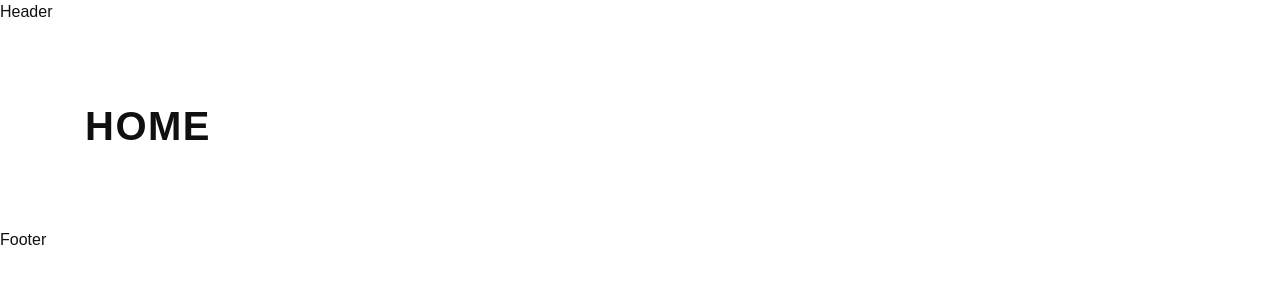
Repository: blordeus/audiophile-ecommerce
Page: /checkout
These files come from the project's save history. The page is drawn as it stood at one moment and after the next save; the edit follows.
The browser window is 1280 px wide. The pictures show the whole page.
The project was rebuilt for these pictures with package versions that can differ from the ones it lists, and the page was loaded fresh each time. Also part of the build but not shown: vite.config.js, src/pages/NotFoundPage.jsx.

Above is the page before, as saved 2026-03-07 22:10:17.

### index.html
<!doctype html>
<html lang="en">
  <head>
    <meta charset="UTF-8" />
    <link rel="icon" type="image/svg+xml" href="/vite.svg" />
    <meta name="viewport" content="width=device-width, initial-scale=1.0" />
    <title>audiophile-ecommerce</title>
  </head>
  <body>
    <div id="root"></div>
    <script type="module" src="/src/main.jsx"></script>
  </body>
</html>

### src/main.jsx
import React from "react";
import ReactDOM from "react-dom/client";
import { BrowserRouter } from "react-router-dom";
import App from "./App";
import "./index.css";
import "./styles/globals.css";
import "./styles/typography.css";

ReactDOM.createRoot(document.getElementById("root")).render(
  <React.StrictMode>
    <BrowserRouter>
      <App />
    </BrowserRouter>
  </React.StrictMode>
);

### src/App.jsx
import AppRouter from "./routes/AppRouter";
import { CartProvider } from "./context/CartContext";

function App() {
  return (
    <CartProvider>
      <AppRouter />
    </CartProvider>
  );
}

export default App;

### src/styles/globals.css
:root {
  --color-primary: #d87d4a;
  --color-primary-light: #fbaf85;
  --color-black: #101010;
  --color-pure-black: #000000;
  --color-gray: #f1f1f1;
  --color-light-gray: #fafafa;
  --color-white: #ffffff;
  --color-error: #cd2c2c;
}

html {
  scroll-behavior: smooth;
}

body {
  min-width: 320px;
  font-family: "Manrope", sans-serif;
  background: var(--color-white);
  color: var(--color-black);
}

img {
  display: block;
  max-width: 100%;
}

button,
input,
textarea,
select {
  font: inherit;
}

### src/styles/typography.css
@layer components {
  .heading-1 {
    font-size: 3.5rem;
    line-height: 3.625rem;
    font-weight: 700;
    letter-spacing: 0.125rem;
    text-transform: uppercase;
  }

  .heading-2 {
    font-size: 2.5rem;
    line-height: 2.75rem;
    font-weight: 700;
    letter-spacing: 0.09375rem;
    text-transform: uppercase;
  }

  .heading-3 {
    font-size: 2rem;
    line-height: 2.25rem;
    font-weight: 700;
    letter-spacing: 0.07125rem;
    text-transform: uppercase;
  }

  .heading-4 {
    font-size: 1.75rem;
    line-height: 2.375rem;
    font-weight: 700;
    letter-spacing: 0.125rem;
    text-transform: uppercase;
  }

  .heading-5 {
    font-size: 1.5rem;
    line-height: 2.0625rem;
    font-weight: 700;
    letter-spacing: 0.10625rem;
    text-transform: uppercase;
  }

  .heading-6 {
    font-size: 1.125rem;
    line-height: 1.5rem;
    font-weight: 700;
    letter-spacing: 0.080625rem;
    text-transform: uppercase;
  }

  .body-text {
    font-size: 0.9375rem;
    line-height: 1.5625rem;
    font-weight: 500;
  }

  .overline {
    font-size: 0.875rem;
    line-height: 1.1875rem;
    font-weight: 400;
    letter-spacing: 0.625rem;
    text-transform: uppercase;
  }

  .subtitle {
    font-size: 0.8125rem;
    line-height: 1.5625rem;
    font-weight: 700;
    letter-spacing: 0.0625rem;
    text-transform: uppercase;
  }
}

### src/routes/AppRouter.jsx
import { Routes, Route } from "react-router-dom";
import HomePage from "../pages/HomePage";
import CategoryPage from "../pages/CategoryPage";
import ProductPage from "../pages/ProductPage";
import CheckoutPage from "../pages/CheckoutPage";
import NotFoundPage from "../pages/NotFoundPage";

function AppRouter() {
  return (
    <Routes>
      <Route path="/" element={<HomePage />} />
      <Route path="/category/:category" element={<CategoryPage />} />
      <Route path="/product/:slug" element={<ProductPage />} />
      <Route path="/checkout" element={<CheckoutPage />} />
      <Route path="*" element={<NotFoundPage />} />
    </Routes>
  );
}

export default AppRouter;

### src/context/CartContext.jsx
import { createContext, useEffect, useMemo, useState } from "react";

export const CartContext = createContext(null);

const CART_STORAGE_KEY = "audiophile-cart";

export function CartProvider({ children }) {
  const [cartItems, setCartItems] = useState(() => {
    const savedCart = localStorage.getItem(CART_STORAGE_KEY);
    return savedCart ? JSON.parse(savedCart) : [];
  });

  useEffect(() => {
    localStorage.setItem(CART_STORAGE_KEY, JSON.stringify(cartItems));
  }, [cartItems]);

  function addToCart(product, quantity) {
    setCartItems((prevItems) => {
      const existingItem = prevItems.find((item) => item.id === product.id);

      if (existingItem) {
        return prevItems.map((item) =>
          item.id === product.id
            ? { ...item, quantity: item.quantity + quantity }
            : item
        );
      }

      return [
        ...prevItems,
        {
          id: product.id,
          name: product.name,
          slug: product.slug,
          price: product.price,
          image: product.image,
          quantity,
        },
      ];
    });
  }

  function updateQuantity(id, quantity) {
    setCartItems((prevItems) =>
      prevItems
        .map((item) => (item.id === id ? { ...item, quantity } : item))
        .filter((item) => item.quantity > 0)
    );
  }

  function removeFromCart(id) {
    setCartItems((prevItems) => prevItems.filter((item) => item.id !== id));
  }

  function clearCart() {
    setCartItems([]);
  }

  const cartCount = useMemo(
    () => cartItems.reduce((total, item) => total + item.quantity, 0),
    [cartItems]
  );

  const productTotal = useMemo(
    () => cartItems.reduce((total, item) => total + item.price * item.quantity, 0),
    [cartItems]
  );

  const shipping = cartItems.length ? 50 : 0;
  const vat = Math.round(productTotal * 0.2);
  const grandTotal = productTotal + shipping;

  const value = {
    cartItems,
    addToCart,
    updateQuantity,
    removeFromCart,
    clearCart,
    cartCount,
    productTotal,
    shipping,
    vat,
    grandTotal,
  };

  return <CartContext.Provider value={value}>{children}</CartContext.Provider>;
}

### src/pages/CheckoutPage.jsx
import SiteLayout from "../components/layout/SiteLayout";
import PageContainer from "../components/layout/PageContainer";

function HomePage() {
  return (
    <SiteLayout>
      <PageContainer className="py-20">
        <h1 className="heading-2">Home</h1>
      </PageContainer>
    </SiteLayout>
  );
}

export default HomePage;

### src/components/layout/SiteLayout.jsx
import Header from "./Header";
import Footer from "./Footer";

function SiteLayout({ children }) {
  return (
    <div className="min-h-screen bg-white text-black">
      <Header />
      <main>{children}</main>
      <Footer />
    </div>
  );
}

export default SiteLayout;

### src/components/layout/PageContainer.jsx
function PageContainer({ children, className = "" }) {
  return (
    <div className={`mx-auto w-full max-w-[1110px] px-6 md:px-10 xl:px-0 ${className}`}>
      {children}
    </div>
  );
}

export default PageContainer;

### src/components/layout/Header.jsx
function Header() {
  return <header>Header</header>;
}

export default Header;

### src/components/layout/Footer.jsx
function Footer() {
  return <footer>Footer</footer>;
}

export default Footer;

### src/pages/HomePage.jsx
import SiteLayout from "../components/layout/SiteLayout";
import PageContainer from "../components/layout/PageContainer";

function HomePage() {
  return (
    <SiteLayout>
      <PageContainer className="py-20">
        <h1 className="heading-2">Home</h1>
      </PageContainer>
    </SiteLayout>
  );
}

export default HomePage;

### src/pages/CategoryPage.jsx
function CategoryPage() {
  return <div>Category Page</div>;
}

export default CategoryPage;

### src/pages/ProductPage.jsx
function ProductPage() {
  return <div>Product Page</div>;
}

export default ProductPage;

Loaded but not shown: src/index.css (common file)

After the next save:
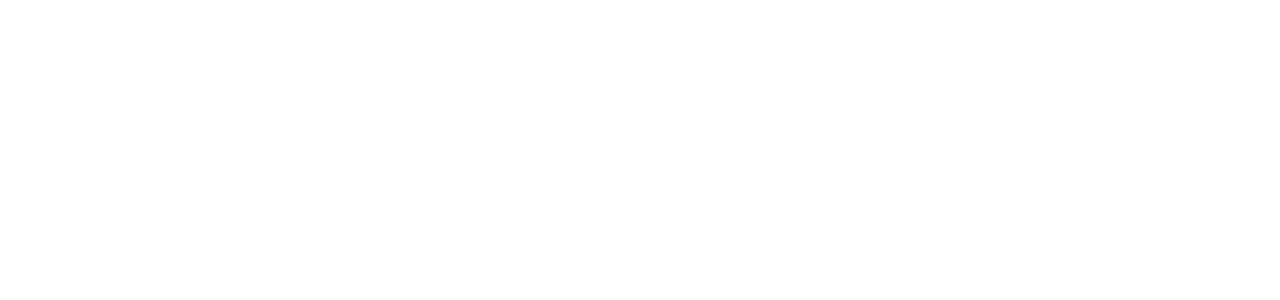
Console error: ReferenceError: CheckoutPage is not defined
Saved 6 s later.
--- a/src/pages/CheckoutPage.jsx
+++ b/src/pages/CheckoutPage.jsx
@@ -11,4 +11,4 @@
   );
 }
 
-export default HomePage;
+export default CheckoutPage;

After the 2 saves that followed:
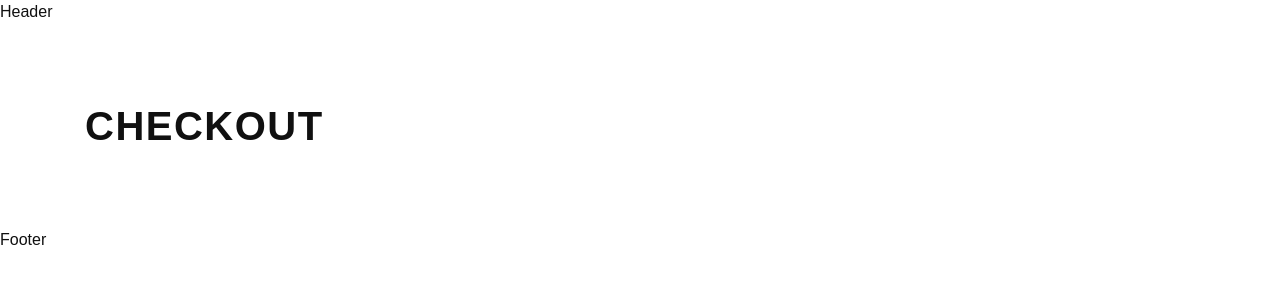
The error is gone.
The 2 saves are shown as one change because they came seconds apart.
The last was saved 12 s later.
--- a/src/pages/CheckoutPage.jsx
+++ b/src/pages/CheckoutPage.jsx
@@ -1,11 +1,11 @@
 import SiteLayout from "../components/layout/SiteLayout";
 import PageContainer from "../components/layout/PageContainer";
 
-function HomePage() {
+function CheckoutPage() {
   return (
     <SiteLayout>
       <PageContainer className="py-20">
-        <h1 className="heading-2">Home</h1>
+        <h1 className="heading-2">Checkout</h1>
       </PageContainer>
     </SiteLayout>
   );
